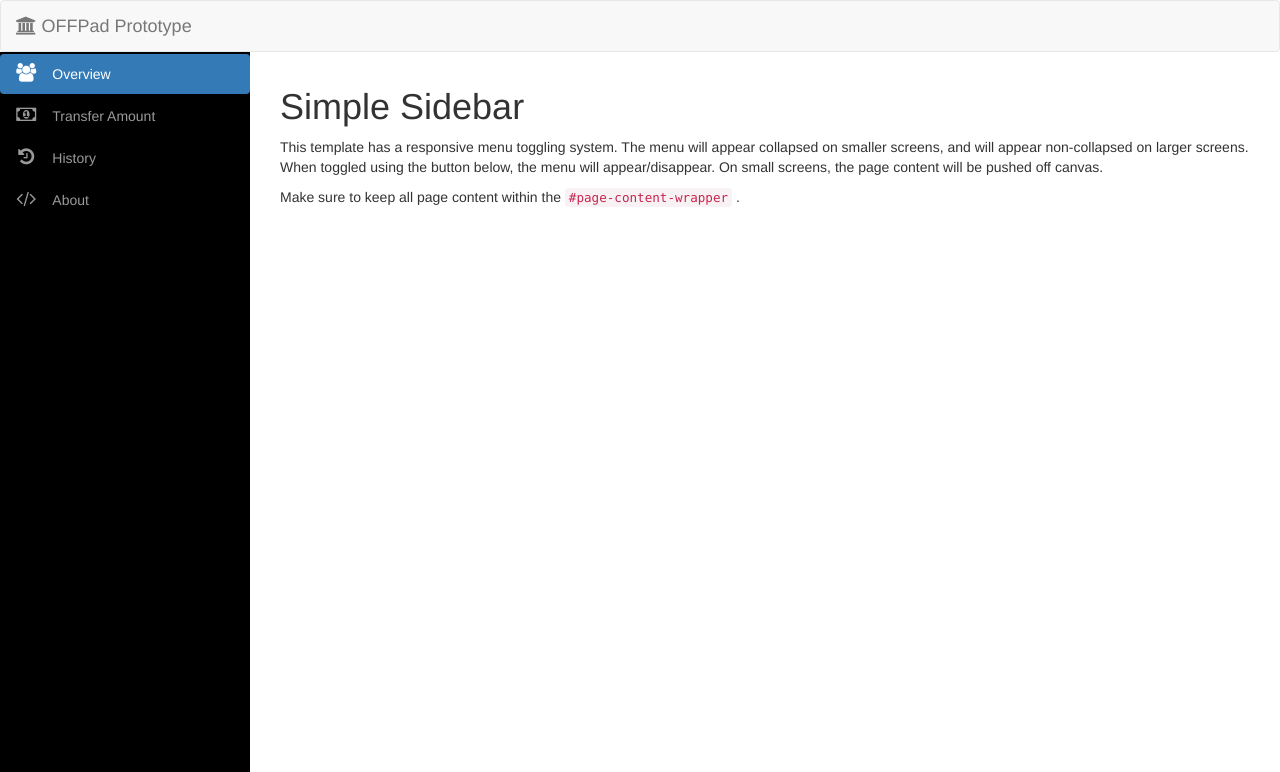
Repository: sijangurung/OFFPad-Projects
Page: Web App Workspace/OffPad WebApp/WebContent/index.html
The author's editor kept a copy of each file at every save. The page is drawn from the files as they stood at one save, then again after the next save.
The browser window is 1280 px wide. The pictures show the whole page.

Above is the page before, as saved 2015-12-29 16:15:25.

### Web App Workspace/OffPad WebApp/WebContent/index.html
<!DOCTYPE html>
<html lang="en">

<head>

<meta charset="utf-8">
<meta http-equiv="X-UA-Compatible" content="IE=edge">
<meta name="viewport" content="width=device-width, initial-scale=1">
<meta name="description" content="">
<meta name="author" content="">

<title>Simple Sidebar - Start Bootstrap Template</title>

<!-- Bootstrap Core CSS -->
<link href="styles/bootstrap.min.css" rel="stylesheet">
<!-- FontAwesome CSS -->
<link href="css/font-awesome.min.css" rel="stylesheet">
<!-- Custom CSS -->
<link href="styles/simple-sidebar.css" rel="stylesheet">

<!-- HTML5 Shim and Respond.js IE8 support of HTML5 elements and media queries -->
<!-- WARNING: Respond.js doesn't work if you view the page via file:// -->
<!--[if lt IE 9]>
        <script src="https://oss.maxcdn.com/libs/html5shiv/3.7.0/html5shiv.js"></script>
        <script src="https://oss.maxcdn.com/libs/respond.js/1.4.2/respond.min.js"></script>
    <![endif]-->

</head>

<body>
	<nav class="navbar navbar-default no-margin">
		<!-- Brand and toggle get grouped for better mobile display -->
		<div class="navbar-header fixed-brand">
			<a class="navbar-brand" href="#"><i class="fa fa-university fa-4"></i>
				OFFPad Prototype </a>
		</div>
		<!-- navbar-header-->
	</nav>
	<div id="wrapper">
		<!-- Sidebar -->
		<div id="sidebar-wrapper">
			<ul class="sidebar-nav nav-pills nav-stacked" id="menu">
				<li class="active"><a href="#"><span
						class="fa-stack fa-lg pull-left"><i
							class="fa fa-group fa-stack-1x "></i></span>Overview</a></li>
				<li><a href="ClientServlet"> <span class="fa-stack fa-lg pull-left"><i
							class="fa fa-money fa-stack-1x "></i></span>Transfer Amount
				</a></li>
				<li><a href="#"><span class="fa-stack fa-lg pull-left"><i
							class="fa fa-history fa-stack-1x "></i></span>History</a></li>
				<li><a href="#"><span class="fa-stack fa-lg pull-left"><i
							class="fa fa-code fa-stack-1x "></i></span>About</a></li>
			</ul>
		</div>
		<!-- /#sidebar-wrapper -->

		<!-- Page Content -->
		<div id="page-content-wrapper">
			<div class="container-fluid">
				<div class="row">
					<div class="col-lg-12">
						<h1>Simple Sidebar</h1>
						<p>This template has a responsive menu toggling system. The
							menu will appear collapsed on smaller screens, and will appear
							non-collapsed on larger screens. When toggled using the button
							below, the menu will appear/disappear. On small screens, the page
							content will be pushed off canvas.</p>
						<p>
							Make sure to keep all page content within the
							<code>#page-content-wrapper</code>
							.
						</p>

					</div>
				</div>
			</div>

		</div>
		<!-- /#page-content-wrapper -->

	</div>
	<!-- /#wrapper -->

	<!-- jQuery -->
	<script src="js/jquery.js"></script>

	<!-- Bootstrap Core JavaScript -->
	<script src="js/bootstrap.min.js"></script>

</body>
<script>
$("#menu-toggle").click(function(e) {
    e.preventDefault();
    $("#wrapper").toggleClass("toggled");
});
 $("#menu-toggle-2").click(function(e) {
    e.preventDefault();
    $("#wrapper").toggleClass("toggled-2");
    $('#menu ul').hide();
});

 function initMenu() {
  $('#menu ul').hide();
  $('#menu ul').children('.current').parent().show();
  //$('#menu ul:first').show();
  $('#menu li a').click(
    function() {
      var checkElement = $(this).next();
      if((checkElement.is('ul')) && (checkElement.is(':visible'))) {
        return false;
        }
      if((checkElement.is('ul')) && (!checkElement.is(':visible'))) {
        $('#menu ul:visible').slideUp('normal');
        checkElement.slideDown('normal');
        return false;
        }
      }
    );
  }
$(document).ready(function() {initMenu();});
</script>
</html>

### Web App Workspace/OffPad WebApp/WebContent/styles/simple-sidebar.css
* Toggle Styles */

 #wrapper {
    padding-left: 0;
    -webkit-transition: all 0.5s ease;
    -moz-transition: all 0.5s ease;
    -o-transition: all 0.5s ease;
    transition: all 0.5s ease;
    overflow: hidden;
}

#wrapper.toggled {
    padding-left: 250px;
    overflow: scroll;
}

#sidebar-wrapper {
    z-index: 1000;
    position: absolute;
    left: 250px;
    width: 0;
    height: 100%;
    margin-left: -250px;
    overflow-y: auto;
    background: #000;
    -webkit-transition: all 0.5s ease;
    -moz-transition: all 0.5s ease;
    -o-transition: all 0.5s ease;
    transition: all 0.5s ease;
}
#wrapper.toggled #sidebar-wrapper {
    width: 250px;
}

#page-content-wrapper {
    position: absolute;
    padding: 15px;
    width: 100%;
    overflow-x: hidden;
}
.xyz{
    min-width: 360px;
}
#wrapper.toggled #page-content-wrapper {
    position: relative;
    margin-right: 0px;
}
.fixed-brand{
    width: auto;
}
/* Sidebar Styles */

.sidebar-nav {
    position: absolute;
    top: 0;
    width: 250px;
    margin: 0;
    padding: 0;
    list-style: none;
    margin-top: 2px;
}

.sidebar-nav li {
    text-indent: 15px;
    line-height: 40px;
}

.sidebar-nav li a {
    display: block;
    text-decoration: none;
    color: #999999;
}

.sidebar-nav li a:hover {
    text-decoration: none;
    color: #fff;
    background: rgba(255,255,255,0.2);
    border-left: red 2px solid;
}

.sidebar-nav li a:active,
.sidebar-nav li a:focus {
    text-decoration: none;
}

.sidebar-nav > .sidebar-brand {
    height: 65px;
    font-size: 18px;
    line-height: 60px;
}

.sidebar-nav > .sidebar-brand a {
    color: #999999;
}

.sidebar-nav > .sidebar-brand a:hover {
    color: #fff;
    background: none;
}
.no-margin{
    margin:0;
}

@media(min-width:768px) {
    #wrapper {
        padding-left: 250px;
    }
    .fixed-brand{
        width: 250px;
    }
    #wrapper.toggled {
        padding-left: 0;
    }

    #sidebar-wrapper {
        width: 250px;
    }

    #wrapper.toggled #sidebar-wrapper {
        width: 250px;
    }
    #wrapper.toggled-2 #sidebar-wrapper {
        width: 50px;
    }
    #wrapper.toggled-2 #sidebar-wrapper:hover {
        width: 250px;
    }


    #page-content-wrapper {
        padding: 20px;
        position: relative;
        -webkit-transition: all 0.5s ease;
        -moz-transition: all 0.5s ease;
        -o-transition: all 0.5s ease;
        transition: all 0.5s ease;
    }

    #wrapper.toggled #page-content-wrapper {
        position: relative;
        margin-right: 0;
        padding-left: 250px;
    }
    #wrapper.toggled-2 #page-content-wrapper {
        position: relative;
        margin-right: 0;
        margin-left: -200px;
        -webkit-transition: all 0.5s ease;
        -moz-transition: all 0.5s ease;
        -o-transition: all 0.5s ease;
        transition: all 0.5s ease;
        width: auto;

    }
}

Loaded but not shown: Web App Workspace/OffPad WebApp/WebContent/styles/bootstrap.min.css (library); Web App Workspace/OffPad WebApp/WebContent/css/font-awesome.min.css (library); Web App Workspace/OffPad WebApp/WebContent/js/jquery.js (library); Web App Workspace/OffPad WebApp/WebContent/js/bootstrap.min.js (library)

After the next save:
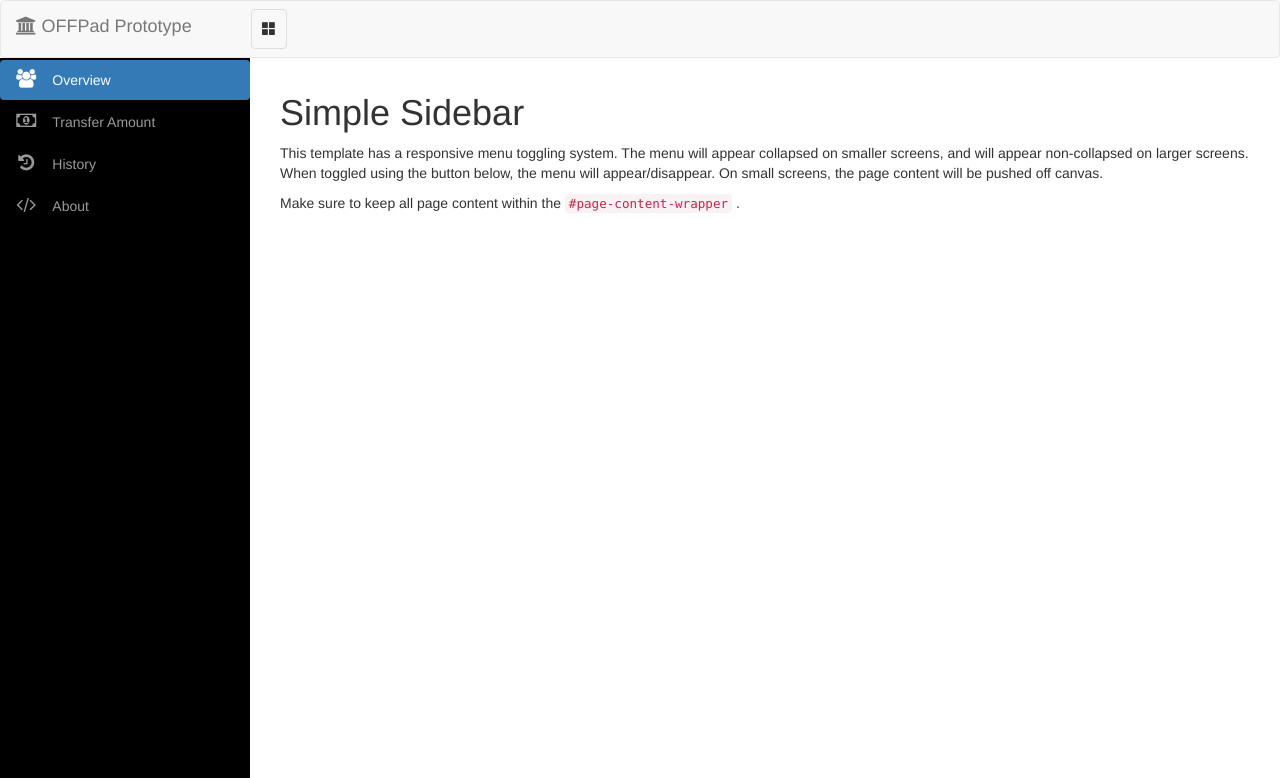
Saved 31 s later.
--- a/Web App Workspace/OffPad WebApp/WebContent/index.html
+++ b/Web App Workspace/OffPad WebApp/WebContent/index.html
@@ -35,6 +35,11 @@
 				OFFPad Prototype </a>
 		</div>
 		<!-- navbar-header-->
+		<div class="collapse navbar-collapse" id="bs-example-navbar-collapse-1">
+                            <ul class="nav navbar-nav">
+                                <li class="active" ><button class="navbar-toggle collapse in" data-toggle="collapse" id="menu-toggle-2"> <span class="glyphicon glyphicon-th-large" aria-hidden="true"></span></button></li>
+                            </ul>
+                </div><!-- bs-example-navbar-collapse-1 -->
 	</nav>
 	<div id="wrapper">
 		<!-- Sidebar -->
